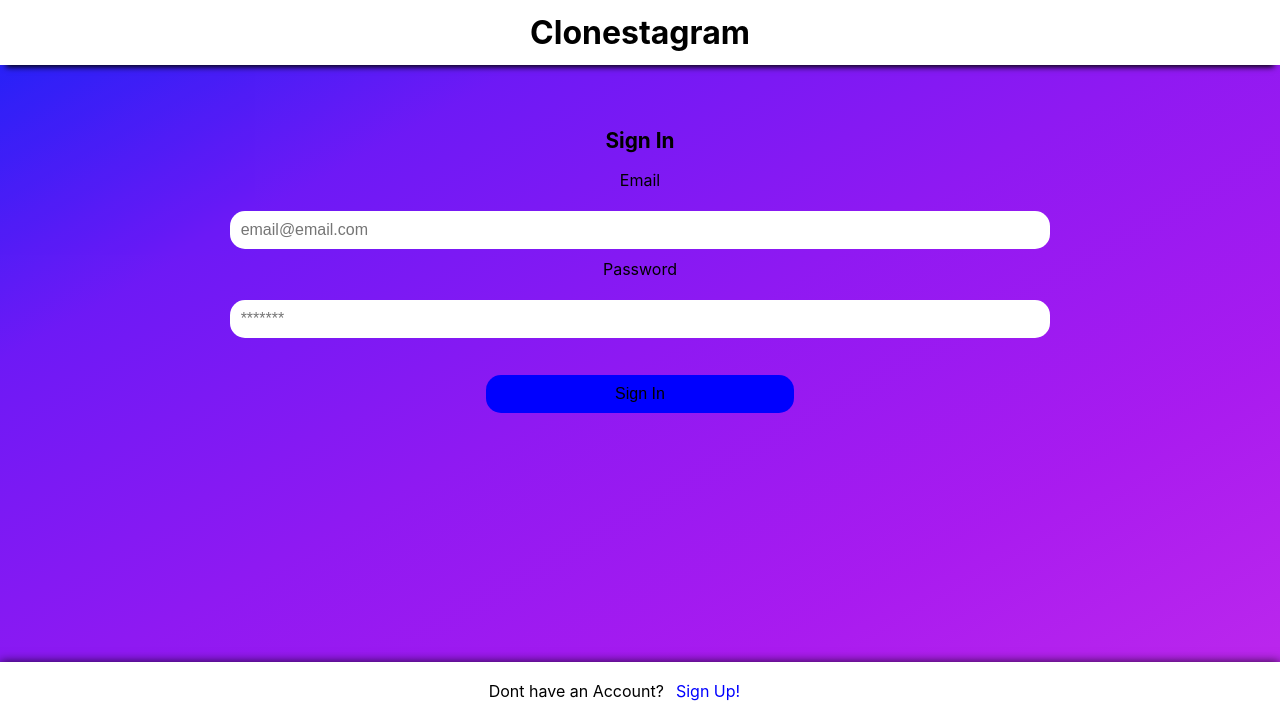
Repository: MikeMoore55/clonestagram
Page: /signin
The author's editor kept a copy of each file at every save. The page is drawn from the files as they stood at one save, then again after the next save.
The browser window is 1280 px wide. The pictures show the whole page.
The page's requests for data from a server got no answer. The project was rebuilt for these pictures with package versions that can differ from the ones it lists, and the page was loaded fresh each time. The framework's server and built-in components were replaced by stand-ins that run in the browser. No one was signed in, and anything a server would have sent is missing. Also part of the build but not shown: next.config.js.

Above is the page before, as saved 2022-11-18 09:01:20.

After the next save:
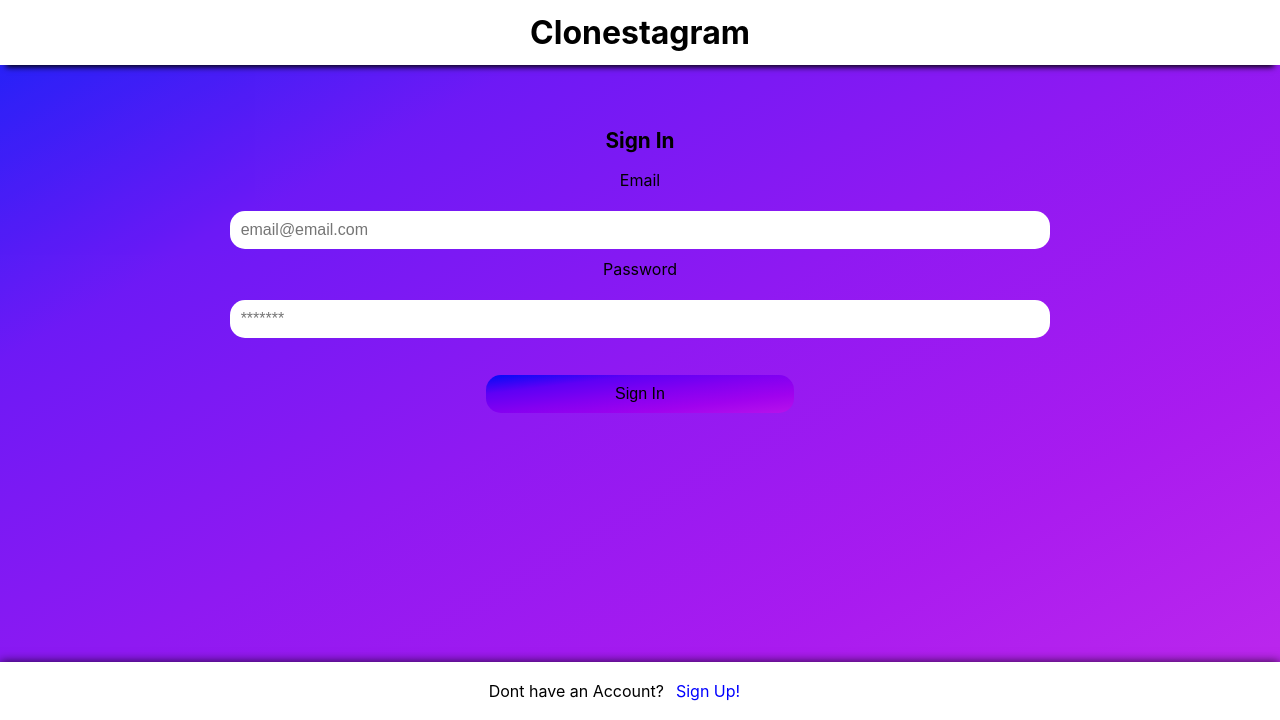
Saved 8 s later.
--- a/styles/SignIn.module.css
+++ b/styles/SignIn.module.css
@@ -54,7 +54,7 @@
 .btn {
     position: relative;
     border: none;
-    background-color: blue;
+    background-image: linear-gradient(to right bottom, #000bf8, #5e00f5, #8300f1, #a002ee, #b812eb);
     border-radius: 10px;
     padding: 2% 2% 2% 2%;
     width: 40%;
